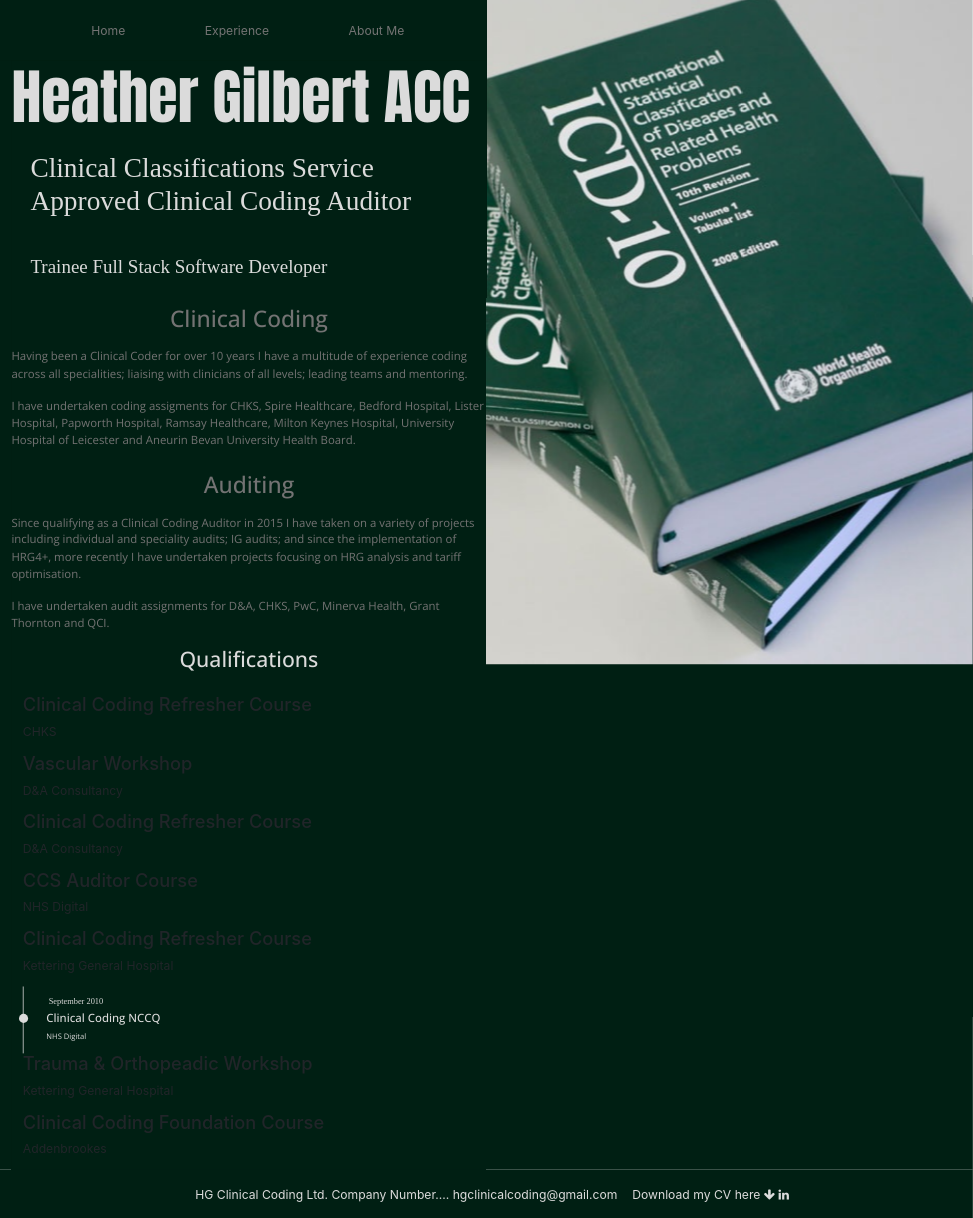
Repository: Code-Institute-Submissions/fsd-ms-project1-resume
Page: resume.html
The author's editor kept a record of every edit. The page is drawn from the files as they stood at one moment, then again after the next edit.
The browser window is 1280 px wide. The pictures show the whole page, at 76% of full size.
Some web fonts or font styles are not loaded; a fallback is used.

Above is the page before.

### resume.html
<!DOCTYPE html>
<html lang="en">

<head>
    <meta charset="UTF-8">
    <meta name="viewport" content="width=device-width, initial-scale=1.0">
    <meta http-equiv="X-UA-Compatible" content="ie=edge">
    <link rel="stylesheet" href="https://stackpath.bootstrapcdn.com/bootstrap/4.3.1/css/bootstrap.min.css" type="text/css" />
    <link rel="stylesheet" href="https://stackpath.bootstrapcdn.com/font-awesome/4.7.0/css/font-awesome.min.css" type="text/css" />
    <link rel="stylesheet" href="https://cdnjs.cloudflare.com/ajax/libs/hover.css/2.3.1/css/hover-min.css" type="text/css" />
    <link rel="stylesheet" href="assets/css/style.css" />
    <title>Heather Gilbert ACC</title>
</head>

<body>
    <img src="assets/images/icd.jpg" class="image col-md-6 bg-color no gutters" align="right"></img>
    <header>
        <nav class="col-md-6 no-gutters bg-color navbar">
            <a href="index.html" class="navbar-text">Home</a>
            <a href="resume.html" class="navbar-text">Experience</a>
            <a href="about.html" class="navbar-text">About Me</a>

        </nav>

    </header>
    <div class="col-md-6 main-name ">
        <div class="row bg-color no-gutters ">
            <div class="col heading ">
                <h1 class="name ">Heather Gilbert ACC</h1>
                <h3 class="title ">Clinical Classifications Service Approved Clinical Coding Auditor</h3>
                <h5 class="title2 ">Trainee Full Stack Software Developer</h5>
            </div>
        </div>
    </div>


    <section class="container-fluid">
        <div class="col-md-6 bg-color">
            <div class="row">
                <div>
                    <h4 class="coding-title">Clinical Coding</h4>
                    <p class="coding">
                        Having been a Clinical Coder for over 10 years I have a multitude of experience coding across all specialities; liaising with clinicians of all levels; leading teams and mentoring. </p>
                    <p class="coding">
                        I have undertaken coding assigments for CHKS, Spire Healthcare, Bedford Hospital, Lister Hospital, Papworth Hospital, Ramsay Healthcare, Milton Keynes Hospital, University Hospital of Leicester and Aneurin Bevan University Health Board.
                    </p>
                </div>
                <div>
                    <h4 class="audit-title">Auditing</h4>
                    <p class="audit">
                        Since qualifying as a Clinical Coding Auditor in 2015 I have taken on a variety of projects including individual and speciality audits; IG audits; and since the implementation of HRG4+, more recently I have undertaken projects focusing on HRG analysis
                        and tariff optimisation.</p>
                    <p class="audit">
                        I have undertaken audit assignments for D&A, CHKS, PwC, Minerva Health, Grant Thornton and QCI.
                    </p>
                </div>
            </div>
            <div class="row">
                <div class="col-md-12">
                    <div class="row">
                        <div class="col-12">
                            <h3 class="qualifications-heading">
                                Qualifications
                            </h3>
                        </div>
                    </div>
                    <div class="history-items">
                        <div class="timeline-item" data-dates="May 2019">
                            <h4>Clinical Coding Refresher Course</h4>
                            <p>CHKS</p>
                        </div>
                        <div class="timeline-item" data-dates="September 2018">
                            <h4>Vascular Workshop </h4>
                            <p>D&A Consultancy</p>
                        </div>
                        <div class="timeline-item" data-dates="April 2016">
                            <h4>Clinical Coding Refresher Course</h4>
                            <p>D&A Consultancy</p>
                        </div>
                        <div class="timeline-item" data-dates="June 2015">
                            <h4>CCS Auditor Course</h4>
                            <p>NHS Digital</p>
                        </div>
                        <div class="timeline-item" data-dates="January 2013">
                            <h4>Clinical Coding Refresher Course</h4>
                            <p>Kettering General Hospital</p>
                        </div>
                        <div class="timeline-data" data-dates="September 2010">
                            <h4>Clinical Coding NCCQ</h4>
                            <p>NHS Digital</p>
                        </div>
                        <div class="timeline-item" data-dates="November 2009">
                            <h4>Trauma & Orthopeadic Workshop</h4>
                            <p>Kettering General Hospital</p>
                        </div>
                        <div class="timeline-item" data-dates="October 2009">
                            <h4>Clinical Coding Foundation Course</h4>
                            <p>Addenbrookes</p>
                        </div>
                    </div>
                </div>
            </div>
    </section>



    <footer class="container-fluid no gutters">
        <div id="footer-details" class="row">
            <div class="col-sm-12 inline-block">
                <span class="col-sm-6">HG Clinical Coding Ltd. Company Number.... hgclinicalcoding@gmail.com</span>
                <span col-sm-6>Download my CV here</span>
                <a href="assets/CV/CV_2018.pdf" target="_blank" class="cv-pdf">
                       <i class="fa fa-arrow-down" aria-hidden="true"></i>
                       <span class="sr-only">Download link.</span>
                   </a>
                <span class="list-inline-item">
                    <a target="_blank" href="#">
                           <i class="fa fa-linkedin" aria-hidden="true"></i>
                           <span class="sr-only">LinkedIn</span>
                </a>
                </span>
                </ul>
            </div>
        </div>

    </footer>

</body>

</html>

### assets/css/style.css
@import url('https://fonts.googleapis.com/css?family=Anton:100,200,300,400,500,600,700|Enriqueta:100,200,300,400,500,600,700|Open+Sans:100,200,300,400,500,600,700|Roboto:100,200,300,400,500,600,700 &display=swap');


/*-----------------------------------------Colours*/

.bg-color {
    background-color:#001f13;
}



.image {
    padding:0;
    margin-bottom:60px;
    position:sticky;
    top:0;
}



/*-----------------------------------------Special paddings/margins/text*/


/*-----------------------------------------Header*/

.navbar {
    display:block;
    padding:20px;

}

.navbar-text {
    padding-left: 100px;
    color:#737373;
}



.name {
    font-family: 'Anton', sans-serif;
    font-size: 79px;
    margin:0;
    color:#dbdbdb;
    padding:0px;
}

.title {
    font-family: 'Enriqueta', serif;
    font-size: 36px;
    margin: 0px;
    color:#dbdbdb;
    padding:25px;
}

.title2 {
    font-family: 'Enriqueta', serif;
    font-size:25px;
    margin:0px;
    color:#dbdbdb;
    padding:25px;
}

/*-----------------------------------------Hover.css*/

a:hover {
    color:#dbdbdb;
    text-decoration: none;
}

/*-----------------------------------------Footer*/

footer {
    background-color: #001f13;
    color:#dbdbdb;
    min-height:50px;
    margin: 0;
    text-align:center;
}

.company-name {
    margin:0;
    padding:0;
}

.company-details {
    font-size:10px;
    margin:0;
    padding:0;
}

#footer-details {
    padding: 20px;
}

.fa {
    color:#dbdbdb;
}


/*-----------------------------------------Main Page Summary*/

.blurb {
    font-family: 'Open Sans', sans-serif;
    font-size:14px;
    color:#737373;
    margin:0px;
    padding:25px;
}

section {
    background-color: #001f13;
    margin: 0;
}

.main-name {
    background-color: #001f13;
    margin: 0;
}

.blurb-text {
    margin:15px;
    text-align: center;
    margin-left:25px;
}


/*-----------------------------------------Work / Education History*/

.work-section {
    text-align:center;
}


.bg-resume {
    margin:0;
    padding:0;
}

.coding-title, .audit-title {
    font-family: 'Open Sans', sans-serif;
    color:#737373;
    margin-bottom: 10px;
    margin-top: 10px;
    padding-bottom:10px;
    font-size: 30px;
    font-weight: 500;
    text-align: center;

}



.coding {
    font-family: 'Open Sans', sans-serif;
    color:#737373;
    margin-bottom: 10px;
    padding-bottom:10px;
    font-size: 15px;
}


.audit {
    font-family: 'Open Sans', sans-serif;
    color:#737373;
    margin-bottom: 10px;
    margin-top:10px;
    padding-bottom:10px;
    font-size:15px;
}

.qualifications-heading {
    color: #dbdbdb;
    margin-bottom: 30px;
    text-align: center;
    font-family: 'Open Sans', sans-serif;
    font-weight: 500;
}



/*dates of timeline*/

.timeline-data:before {
    content: attr(data-dates);
    position: absolute;
    left: 3em;
    top: 1em;
    display: block;
    font-family:'Enriqueta', serif;
    font-size: 11px;
}


/*dots on timeline*/

.timeline-data:after {
    width: 12px;
    height: 12px;
    display: block;
    top: 2.4em;
    position: absolute;
    left: -6px;
    border-radius: 12px;
    content: "";
    background: #dbdbdb;
}

/*timeline writing*/

.timeline-data {
    padding: 1.5em 2em 1em 2em;
    position: relative;
    color: #dbdbdb;
    border-left: 1.5px solid;
    font-size:15px;
}

.timeline-data p {
    padding: 0;
    margin: 0;
    font-family: 'Open Sans', sans-serif;
    font-size: 10px;
}

.timeline-data h4 {
    font-family: 'Open Sans', sans-serif;
    font-size:15px;
    margin-top:7px;
    padding-top: 2px;
}


/*-----------------------------------------About Me*/

.about-title {
    color: #737373;
    margin:0;
    padding:10px;
    font-size:20px;
    font-weight:500;
}

.about-item {
    color: #737373;
    margin:0;
    padding:5px;
    font-size:15px;
}




/*-----------------------------------------Contact Form*/


.form {
    display:inline;
    padding:0;
}

.form-control {
    display:block;
    padding-left:10px;
}


button[type="submit"] {
    margin-top: 15px;
    margin-bottom: 20px;
    background-color: #b3cccc;
    align:center;
}

.form-thanks {
    color: #737373;
    text-align: center;
}


/*-----------------------------------------Media Queries*/

@media(min-width: 992px) {
    .form {
        padding-top: 30px;
        min-height:240px;
        margin: 0 auto;
        max-width: 50%;
    }

After the next edit:
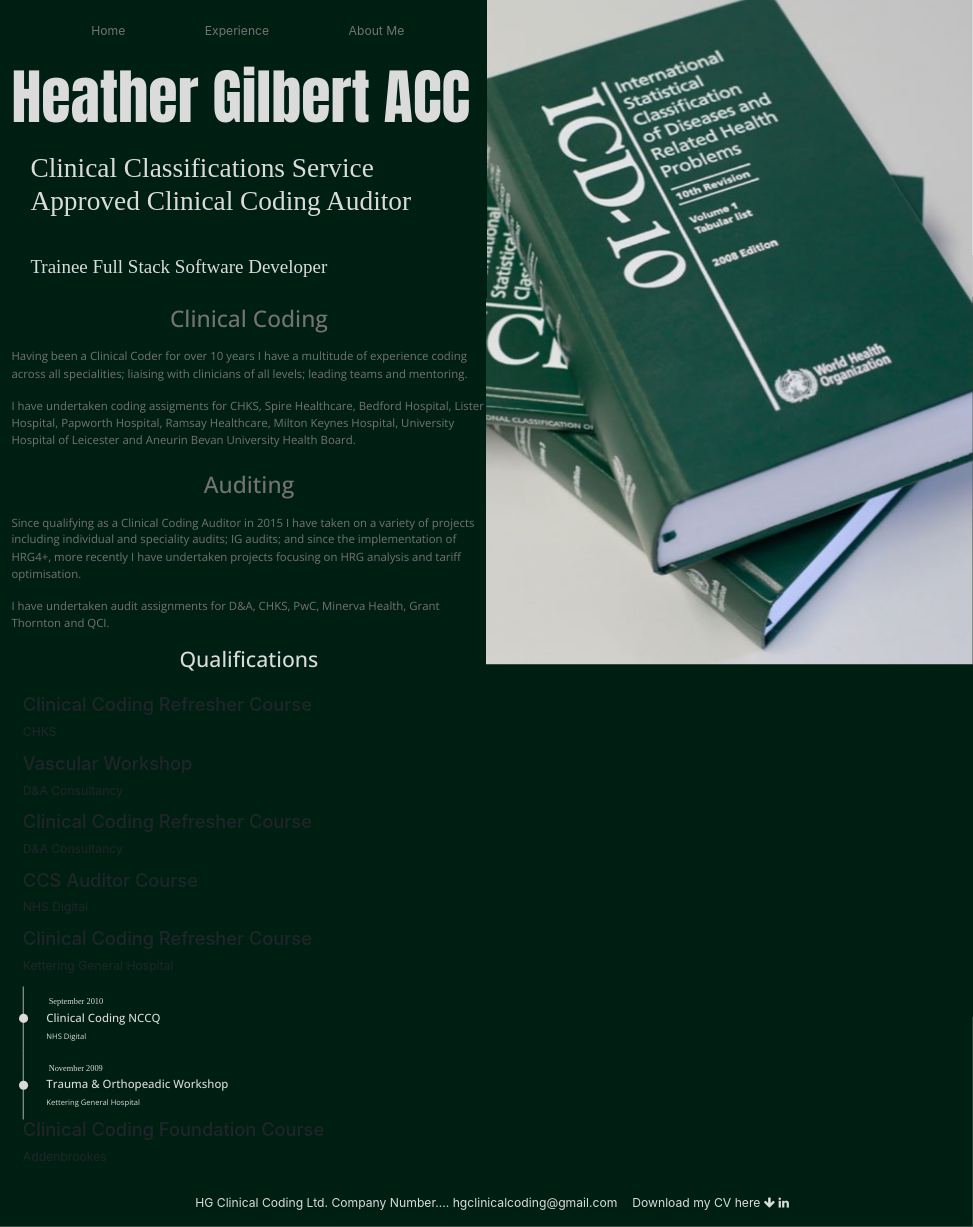
The edit:
--- a/resume.html
+++ b/resume.html
@@ -89,7 +89,7 @@
                             <h4>Clinical Coding NCCQ</h4>
                             <p>NHS Digital</p>
                         </div>
-                        <div class="timeline-item" data-dates="November 2009">
+                        <div class="timeline-data" data-dates="November 2009">
                             <h4>Trauma & Orthopeadic Workshop</h4>
                             <p>Kettering General Hospital</p>
                         </div>
